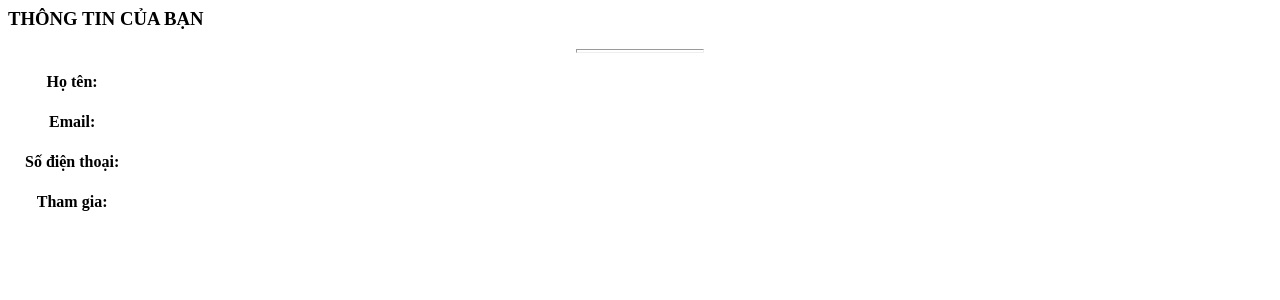
Repository: kienkiddo/BaiTapWebBanHang
Page: http://localhost/LapTrinhWebsite/home/view/about.jsp
An editor plug-in stored every save of this project. The page is shown before and after the next save, followed by the edit.
The browser window is 1280 px wide. The pictures show the whole page.
The page is served by Tomcat 9.

Above is the page before, as saved 2022-05-12 06:01:31.

After the next save:
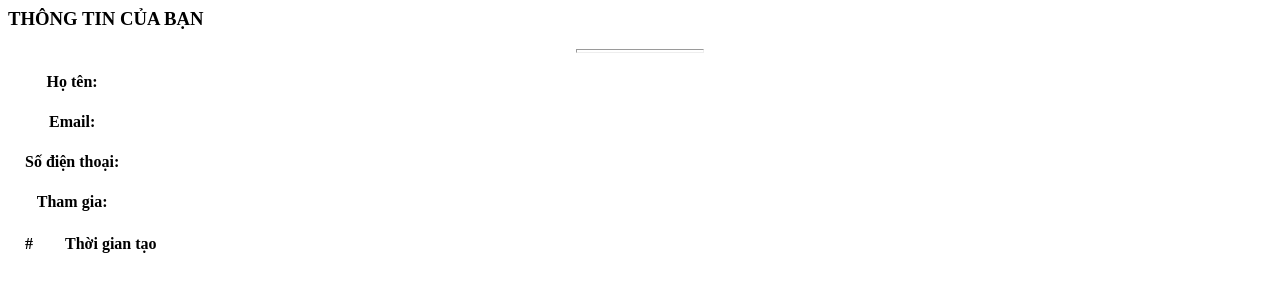
Saved 49 s later.
--- a/LapTrinhWebsite/src/main/webapp/home/view/about.jsp
+++ b/LapTrinhWebsite/src/main/webapp/home/view/about.jsp
@@ -2,9 +2,9 @@
 <%@ taglib prefix="c" uri="http://java.sun.com/jsp/jstl/core"%>
 
 <style>
-	td, th{
+td, th {
 	padding: 10px 15px;
-	}
+}
 </style>
 
 <div class="container pt-5">
@@ -33,6 +33,14 @@
 		</div>
 	</div>
 	<div class="row mt-5">
+		<div class="col">
+			<table class="table">
+				<thead>
+					<th>#</th>
+					<th>Thời gian tạo</th>
+				</thead>
+			</table>
+		</div>
 
 	</div>
 </div>
